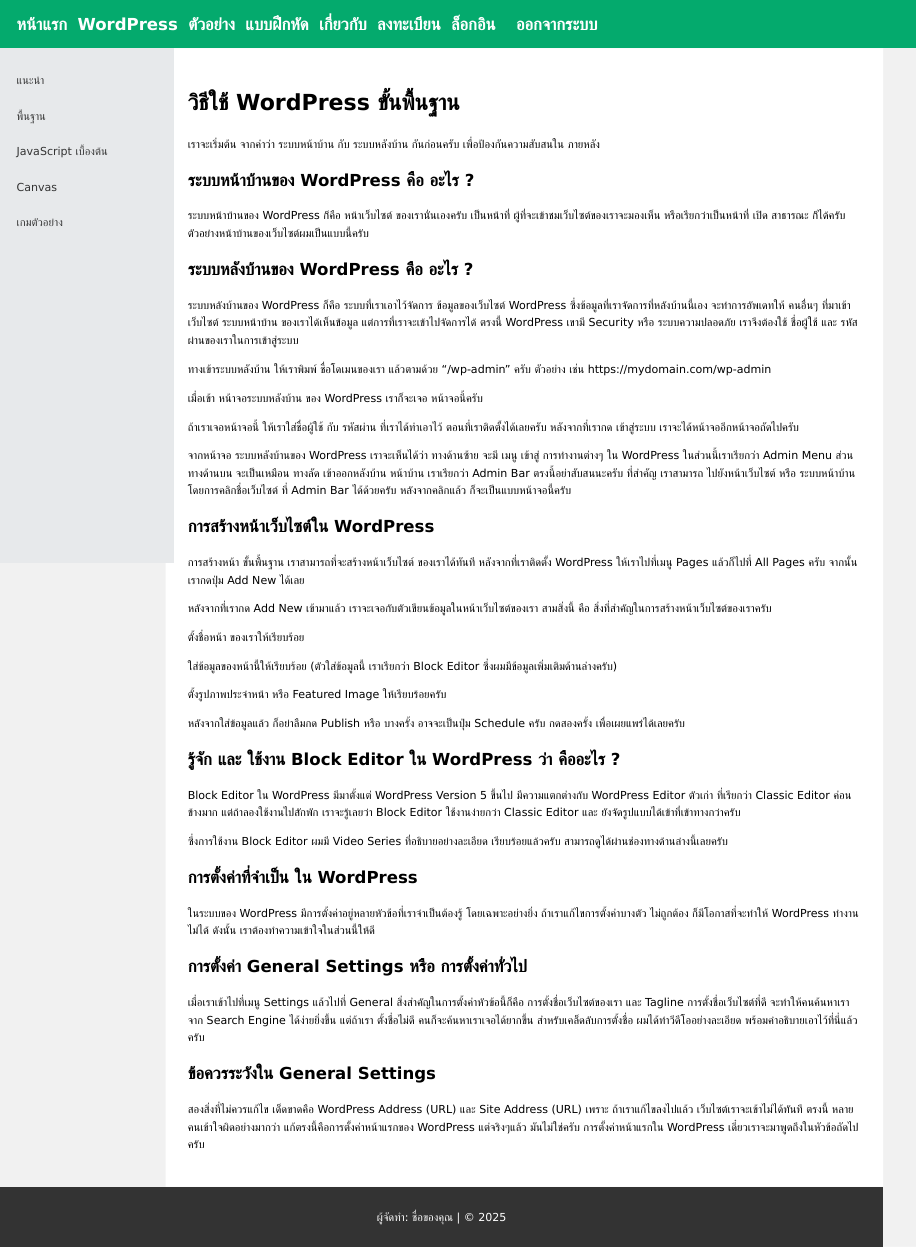
Repository: staggil/thesis
Page: lessons/basic.html
An editor plug-in stored every save of this project. The page is shown before and after the next save, followed by the edit.
The browser window is 1280 px wide. The page is 1328 px wide, so the pictures cover 1328 px, including what lies to the right of the window. The pictures show the whole page, at 69% of full size.
The page's requests for data from a server got no answer.

Above is the page before, as saved 2025-12-16 08:09:07.

### lessons/basic.html
<!DOCTYPE html>
<html lang="th">
<head>
    <meta charset="UTF-8">
    <meta name="viewport" content="width=device-width, initial-scale=1.0">
    <title>พื้นฐานการใช้งาน</title>
    <link rel="stylesheet" href="/style.css">
    <script src="/script.js" defer></script>
</head>
<body data-sidebar="/components/sidebar.html">

    <!-- header -->
    <div id="header-placeholder"></div>



   <div id="sidebar-placeholder"></div>
<div class="layout">
    <!-- content -->
    <main id="main-content">
        <h1>วิธีใช้ WordPress ขั้นพื้นฐาน</h1>
        <p>เราจะเริ่มต้น จากคำว่า ระบบหน้าบ้าน กับ ระบบหลังบ้าน กันก่อนครับ เพื่อป้องกันความสับสนใน ภายหลัง</p>
        <h2>ระบบหน้าบ้านของ WordPress คือ อะไร ?</h2>
            <p>ระบบหน้าบ้านของ WordPress ก็คือ หน้าเว็บไซต์ ของเรานั่นเองครับ เป็นหน้าที่
            ผู้ที่จะเข้าชมเว็บไซต์ของเราจะมองเห็น หรือเรียกว่าเป็นหน้าที่ เปิด สาธารณะ ก็ได้ครับ ตัวอย่างหน้าบ้านของเว็บไซต์ผมเป็นแบบนี้ครับ</p>
        <h2>ระบบหลังบ้านของ WordPress คือ อะไร ?</h2>



            <p>ระบบหลังบ้านของ WordPress ก็คือ ระบบที่เราเอาไว้จัดการ ข้อมูลของเว็บไซต์ WordPress ซึ่งข้อมูลที่เราจัดการที่หลังบ้านนี้เอง
                 จะทำการอัพเดทให้ คนอื่นๆ ที่มาเข้าเว็บไซต์ ระบบหน้าบ้าน ของเราได้เห็นข้อมูล แต่การที่เราจะเข้าไปจัดการได้ ตรงนี้ WordPress
                  เขามี Security หรือ ระบบความปลอดภัย เราจึงต้องใช้ ชื่อผู้ใช้ และ รหัสผ่านของเราในการเข้าสู่ระบบ</p>


            <p>ทางเข้าระบบหลังบ้าน ให้เราพิมพ์ ชื่อโดเมนของเรา แล้วตามด้วย “/wp-admin” ครับ ตัวอย่าง เช่น https://mydomain.com/wp-admin</p>

            <p>เมื่อเข้า หน้าจอระบบหลังบ้าน ของ WordPress เราก็จะเจอ หน้าจอนี้ครับ</p>
            <p>ถ้าเราเจอหน้าจอนี้ ให้เราใส่ชื่อผู้ใช้ กับ รหัสผ่าน ที่เราได้ทำเอาไว้ ตอนที่เราติดตั้งได้เลยครับ หลังจากที่เรากด เข้าสู่ระบบ เราจะได้หน้าจออีกหน้าจอถัดไปครับ</p>
            <p>จากหน้าจอ ระบบหลังบ้านของ WordPress เราจะเห็นได้ว่า ทางด้านซ้าย จะมี เมนู เข้าสู่ การทำงานต่างๆ ใน WordPress ในส่วนนี้เราเรียกว่า Admin Menu ส่วนทางด้านบน
             จะเป็นเหมือน ทางลัด เข้าออกหลังบ้าน หน้าบ้าน เราเรียกว่า Admin Bar ตรงนี้อย่าสับสนนะครับ ที่สำคัญ เราสามารถ ไปยังหน้าเว็บไซต์ หรือ ระบบหน้าบ้าน โดยการคลิกชื่อเว็บไซต์
              ที่ Admin Bar ได้ด้วยครับ หลังจากคลิกแล้ว ก็จะเป็นแบบหน้าจอนี้ครับ</p>

            <h2>การสร้างหน้าเว็บไซต์ใน WordPress</h2>
            <p>การสร้างหน้า ขั้นพื้นฐาน เราสามารถที่จะสร้างหน้าเว็บไซต์ ของเราได้ทันที หลังจากที่เราติดตั้ง WordPress
                ให้เราไปที่เมนู Pages แล้วก็ไปที่ All Pages ครับ จากนั้น เรากดปุ่ม Add New ได้เลย</p>
            <p>หลังจากที่เรากด Add New เข้ามาแล้ว เราจะเจอกับตัวเขียนข้อมูลในหน้าเว็บไซต์ของเรา สามสิ่งนี้ คือ สิ่งที่สำคัญในการสร้างหน้าเว็บไซต์ของเราครับ</p>
            <p>ตั้งชื่อหน้า ของเราให้เรียบร้อย</p>
            <p>ใส่ข้อมูลของหน้านี้ให้เรียบร้อย (ตัวใส่ข้อมูลนี้ เราเรียกว่า Block Editor ซึ่งผมมีข้อมูลเพิ่มเติมด้านล่างครับ)</p>
            <p>ตั้งรูปภาพประจำหน้า หรือ Featured Image ให้เรียบร้อยครับ</p>
            <p>หลังจากใส่ข้อมูลแล้ว ก็อย่าลืมกด Publish หรือ บางครั้ง อาจจะเป็นปุ่ม Schedule ครับ กดสองครั้ง เพื่อเผยแพร่ได้เลยครับ</p>

            <h2>รู้จัก และ ใช้งาน Block Editor ใน WordPress ว่า คืออะไร ?</h2>
            <p>Block Editor ใน WordPress มีมาตั้งแต่ WordPress Version 5 ขึ้นไป มีความแตกต่างกับ WordPress Editor ตัวเก่า ที่เรียกว่า Classic Editor ค่อนข้างมาก
                 แต่ถ้าลองใช้งานไปสักพัก เราจะรู้เลยว่า Block Editor ใช้งานง่ายกว่า Classic Editor และ ยังจัดรูปแบบได้เข้าที่เข้าทางกว่าครับ</p>
            <p>ซึ่งการใช้งาน Block Editor ผมมี Video Series ที่อธิบายอย่างละเอียด เรียบร้อยแล้วครับ สามารถดูได้ผ่านช่องทางด้านล่างนี้เลยครับ</p>

            <h2>การตั้งค่าที่จำเป็น ใน WordPress</h2>
            <p>ในระบบของ WordPress มีการตั้งค่าอยู่หลายหัวข้อที่เราจำเป็นต้องรู้ โดยเฉพาะอย่างยิ่ง
                ถ้าเราแก้ไขการตั้งค่าบางตัว ไม่ถูกต้อง ก็มีโอกาสที่จะทำให้ WordPress ทำงานไม่ได้ ดังนั้น เราต้องทำความเข้าใจในส่วนนี้ให้ดี</p>

            <h2>การตั้งค่า General Settings หรือ การตั้งค่าทั่วไป</h2>
            <p>เมื่อเราเข้าไปที่เมนู Settings แล้วไปที่ General สิ่งสำคัญในการตั้งค่าหัวข้อนี้ก็คือ การตั้งชื่อเว็บไซต์ของเรา และ Tagline การตั้งชื่อเว็บไซต์ที่ดี
                 จะทำให้คนค้นหาเราจาก Search Engine ได้ง่ายยิ่งขึ้น แต่ถ้าเรา ตั้งชื่อไม่ดี คนก็จะค้นหาเราเจอได้ยากขึ้น สำหรับเคล็ดลับการตั้งชื่อ
                 ผมได้ทำวีดีโออย่างละเอียด พร้อมคำอธิบายเอาไว้ที่นี่แล้วครับ</p>
            <h2>ข้อควรระวังใน General Settings</h2>
            <p>สองสิ่งที่ไม่ควรแก้ไข เด็ดขาดคือ WordPress Address (URL) และ Site Address (URL)
                 เพราะ ถ้าเราแก้ไขลงไปแล้ว เว็บไซต์เราจะเข้าไม่ได้ทันที ตรงนี้ หลายคนเข้าใจผิดอย่างมากว่า
                  แก้ตรงนี้คือการตั้งค่าหน้าแรกของ WordPress แต่จริงๆแล้ว มันไม่ใช่ครับ การตั้งค่าหน้าแรกใน WordPress เดี๋ยวเราจะมาพูดถึงในหัวข้อถัดไปครับ</p>



    </main>
</div>

    <!-- footer -->
    <div id="footer-placeholder"></div>

</body>
</html>

### style.css
body {
    margin: 0;
    font-family: Verdana, Arial, sans-serif;
    box-sizing: border-box;
    background-color: #f1f1f1;
    line-height: 1.6;
    overflow-x: hidden;
}


#header-placeholder {
    background-color: #04AA6D;
    color: white;
    padding: 16px 24px;
    font-size: 24px;
    font-weight: bold;
     position: sticky;  /* หรือ fixed ก็ได้ */
    top: 0;            /* ติดด้านบน */
    z-index: 1000;     /* อยู่เหนือ content */
    width: 100%;       /* เต็มความกว้างหน้าจอ */
}

.navbar ul {
    list-style: none;
    display: flex;
    gap: 15px;
    padding: 0;
    margin: 0;
}

.navbar ul li a {
    color: white;
    text-decoration: none;
}

/* =========================
   Sidebar
   ========================= */
.layout {

    max-width: 100%;  /* ขยายเต็มหน้าจอ */
    margin: 0;         /* ไม่มี margin */
}

#sidebar {
     position: fixed;
    top: 64px;
    left: 0;
    width: 220px;
    height: 100vh;       /* สูงเต็มหน้าจอ */
    overflow-y: auto;    /* scroll ภายใน sidebar */
    background-color: #e7e9eb;
    padding: 16px;
    z-index: 10;

}

#sidebar ul {
    list-style: none;
    padding: 0;
}

#sidebar ul li {
    margin-bottom: 10px;
}

#sidebar ul li a {
    text-decoration: none;
    color: #333;
    display: block;
    padding: 8px;
    border-radius: 4px;
    transition: background 0.3s;
}

#sidebar ul li a:hover {
    background-color: #ddd;
}

/* =========================
   Main Content
   ========================= */
#main-content {
    flex: 1;  /* ขยายเต็มที่ตามพื้นที่ layout */
    background-color: #fff;
    padding: 32px;

    margin-left: 240px;


}

/* กรณีหน้า index.html ไม่มี sidebar */
body.index #main-content {
    margin-left: 0;
    max-width: 700px;        /* กว้างเท่ากับหน้าที่มี sidebar */
    margin: 0 auto;          /* จัด content กลางหน้า */
}

/* =========================
   Footer
   ========================= */
footer {
    background-color: #333;
    color: white;
    text-align: center;
    padding: 15px;
    position: relative;
    z-index: 100; /* สูงกว่า sidebar */
}

@media screen and (max-width: 768px) {
    .layout {
        flex-direction: column;
    }

    #sidebar {
        width: 100%;
        height: auto;
        position: relative;
    }

    #main-content {
        max-width: 100%;
        padding: 15px;
    }
}


/* =========================
   Empty sidebar
   ========================= */
#sidebar.empty-sidebar {
    background-color: #fff;   /* สีเดียวกับ container */
           /* คง padding เดิมถ้าอยากให้ layoutเหมือนหน้าที่มี sidebar */
    /* อย่าแก้ width หรือ float */
}

/* หน้า login ให้ layout อยู่กลางและสวยขึ้น */
body.login-page #main-content {
    max-width: 400px;       /* กว้างแค่พอ form */
    margin: 50px auto;      /* จัดกลางแนวนอนและเว้นบน */
    padding: 20px;
    background-color: #fff; /* เหมือน container */
    border-radius: 8px;
    box-shadow: 0 0 10px rgba(0,0,0,0.1);
}



/* หน้า register ให้ layout อยู่กลางเหมือน login */
body.register-page #main-content {
    max-width: 400px;          /* กว้างพอ form */
    margin: 50px auto;         /* จัดกลางหน้า */
    padding: 20px;
    background-color: #fff;    /* เหมือน container */
    border-radius: 8px;
    box-shadow: 0 0 10px rgba(0,0,0,0.1);
}

### script.js
function loadComponent(filePath, elementId) {
    if (!filePath) return;
    const el = document.getElementById(elementId);
    if (!el) {
        console.error(`ไม่พบ element id="${elementId}"`);
        return;
    }
    fetch(filePath)
        .then(response => {
            if (!response.ok) throw new Error("ไม่พบไฟล์ " + filePath);
            return response.text();
        })
        .then(data => {
            el.innerHTML = data;

            // หลังโหลด header ให้ตรวจสอบ session
            if (elementId === "header-placeholder") {
                updateHeaderLoginStatus();
            }
        })
        .catch(error => console.error(error));
}

// ฟังก์ชันตรวจสอบ login
function updateHeaderLoginStatus() {
    fetch("/me")
        .then(res => res.json())
        .then(user => {
            if (user.username) {
                // login แล้ว
                document.querySelectorAll(".login-only").forEach(el => el.style.display = "none");
                document.querySelectorAll(".user-only").forEach(el => el.style.display = "block");
                document.getElementById("username-display").textContent = user.fullname;

                // เพิ่ม listener logout
                const logoutLink = document.getElementById("logout-link");
                if (logoutLink) {
                    logoutLink.addEventListener("click", async (e) => {
                        e.preventDefault();
                        await fetch("/logout", { method: "POST" });
                        updateHeaderLoginStatus(); // รีเฟรชเมนู
                        window.location.href = "/login.html";
                    });
                }

            } else {
                // ยังไม่ได้ login
                document.querySelectorAll(".login-only").forEach(el => el.style.display = "block");
                document.querySelectorAll(".user-only").forEach(el => el.style.display = "none");
            }
        })
        .catch(err => console.error(err));
}

document.addEventListener("DOMContentLoaded", function() {
    loadComponent("/components/header.html", "header-placeholder");
    loadComponent("/components/footer.html", "footer-placeholder");

    const sidebarFile = document.body.getAttribute("data-sidebar");
    loadComponent(sidebarFile, "sidebar-placeholder");

    // ตรวจสอบ exercise links หลังจากโหลด header เสร็จ
    const checkExerciseLinks = () => {
        const exerciseLinks = document.querySelectorAll("a[href^='/exercises/']");
        exerciseLinks.forEach(link => {
            link.addEventListener("click", async (e) => {
                e.preventDefault();
                const res = await fetch("/me");
                const user = await res.json();
                if (!user.username) {
                    const goLogin = confirm("คุณต้อง login ก่อนเข้าแบบฝึกหัด\nไปหน้า Login ตอนนี้หรือไม่?");
                    if (goLogin) window.location.href = "/login.html";
                } else {
                    window.location.href = link.href;
                }
            });
        });
    };

    // รอ header โหลดเสร็จแล้วค่อย bind
    const headerInterval = setInterval(() => {
        if (document.getElementById("header-placeholder").children.length > 0) {
            clearInterval(headerInterval);
            checkExerciseLinks();
        }
    }, 50);
});

### components/header.html
<header>
   <nav class="navbar">
        <ul id="nav-items">
            <li><a href="/index.html">หน้าแรก</a></li>
            <li><a href="/lessons/intro.html">WordPress</a></li>
            <li><a href="/examples/draw-rect.html">ตัวอย่าง</a></li>
            <li><a href="/exercises/exercise1.html">แบบฝึกหัด</a></li>
            <li><a href="/about/about.html">เกี่ยวกับ</a></li>
            <li class="login-only"><a href="/register.html">ลงทะเบียน</a></li>
            <li class="login-only"><a href="/login.html">ล็อกอิน</a></li>
            <li class="user-only"><span id="username-display"></span></li>
            <li class="user-only"><a href="#" id="logout-link">ออกจากระบบ</a></li>
        </ul>
    </nav>
</header>

### components/footer.html
<footer>
    <p>ผู้จัดทำ: ชื่อของคุณ | © 2025</p>
</footer>

### components/sidebar.html
<aside id="sidebar">
    <ul>
        <li><a href="/lessons/intro.html">แนะนำ</a></li>
        <li><a href="/lessons/basic.html">พื้นฐาน</a></li>
        <li><a href="/lessons/js-basic.html">JavaScript เบื้องต้น</a></li>
        <li><a href="/lessons/canvas.html">Canvas</a></li>
        <li><a href="/lessons/game1.html">เกมตัวอย่าง</a></li>
    </ul>
</aside>

After the next save:
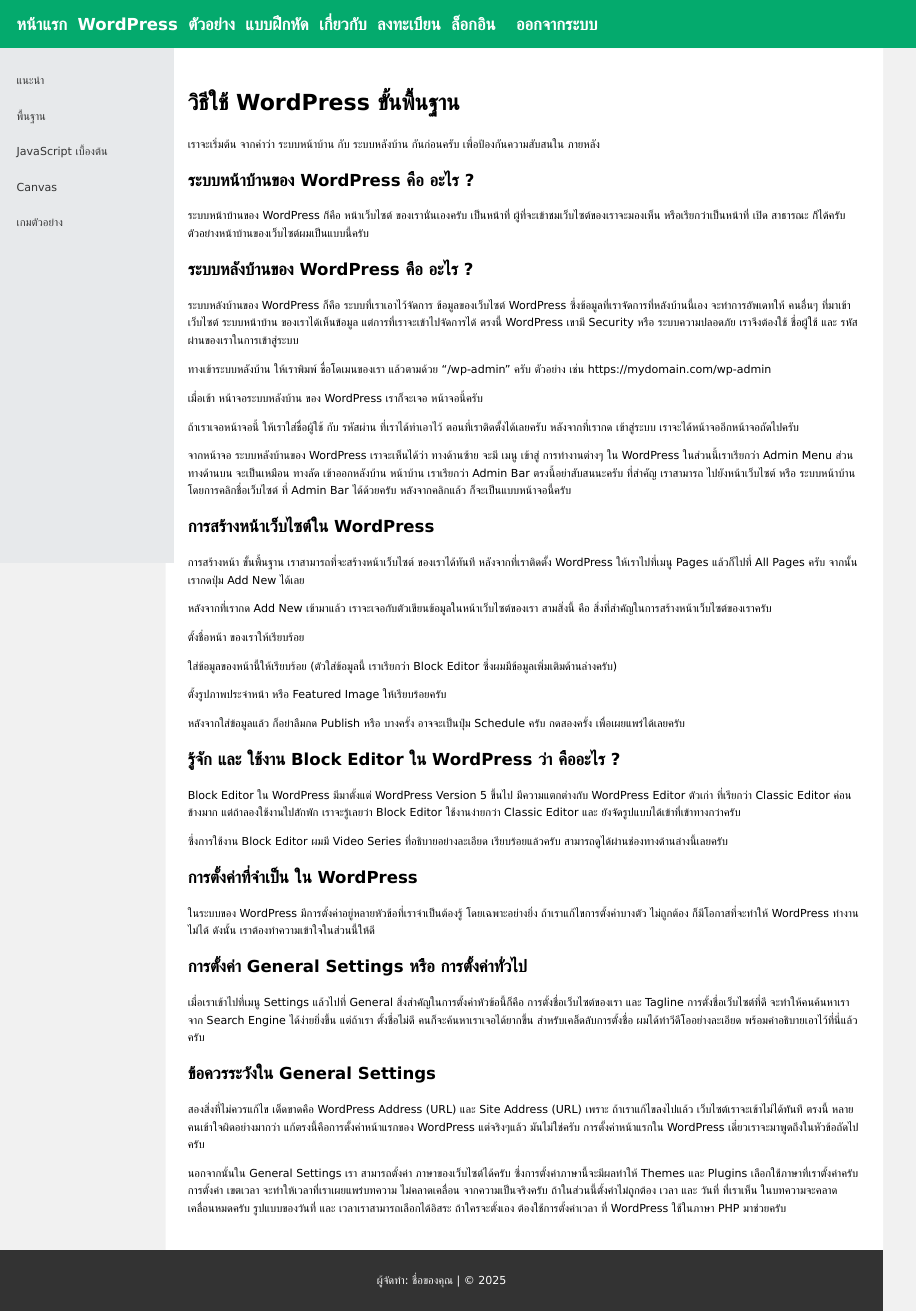
Saved 52 s later.
--- a/lessons/basic.html
+++ b/lessons/basic.html
@@ -66,6 +66,10 @@
             <p>สองสิ่งที่ไม่ควรแก้ไข เด็ดขาดคือ WordPress Address (URL) และ Site Address (URL)
                  เพราะ ถ้าเราแก้ไขลงไปแล้ว เว็บไซต์เราจะเข้าไม่ได้ทันที ตรงนี้ หลายคนเข้าใจผิดอย่างมากว่า
                   แก้ตรงนี้คือการตั้งค่าหน้าแรกของ WordPress แต่จริงๆแล้ว มันไม่ใช่ครับ การตั้งค่าหน้าแรกใน WordPress เดี๋ยวเราจะมาพูดถึงในหัวข้อถัดไปครับ</p>
+            <p>นอกจากนั้นใน General Settings เรา สามารถตั้งค่า ภาษาของเว็บไซต์ได้ครับ ซึ่งการตั้งค่าภาษานี้จะมีผลทำให้ Themes และ Plugins เลือกใช้ภาษาที่เราตั้งค่าครับ
+                การตั้งค่า เขตเวลา จะทำให้เวลาที่เราเผยแพร่บทความ ไม่คลาดเคลื่อน จากความเป็นจริงครับ ถ้าในส่วนนี้ตั้งค่าไม่ถูกต้อง เวลา และ วันที่ ที่เราเห็น ในบทความจะคลาดเคลื่อนหมดครับ
+                รูปแบบของวันที่ และ เวลาเราสามารถเลือกได้อิสระ ถ้าใครจะตั้งเอง ต้องใช้การตั้งค่าเวลา ที่ WordPress ใช้ในภาษา PHP มาช่วยครับ</p>
+
 
 
 
